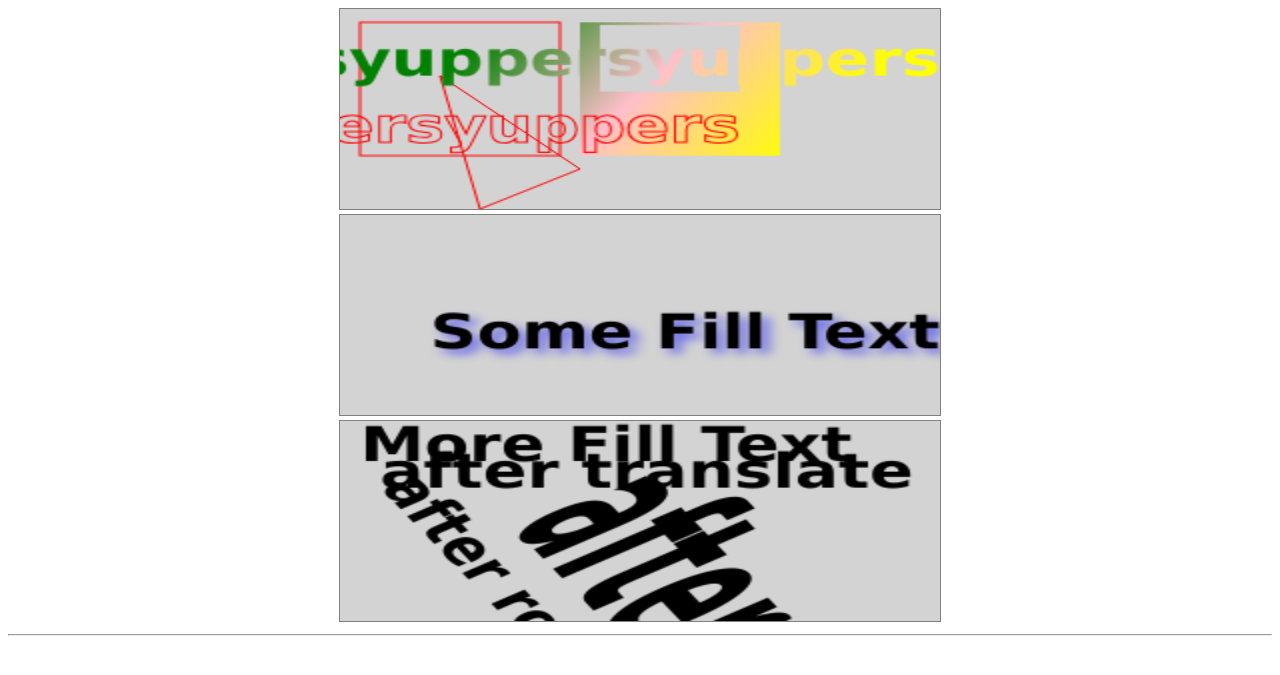
Repository: jksfoTemp/HTML5
Page: default.12.html
The author's editor kept a record of every edit. The page is drawn from the files as they stood at one moment, then again after the next edit.
The browser window is 1280 px wide. The pictures show the whole page.

Above is the page before.
Console error: TypeError: Cannot read properties of null (reading 'getContext')

After the next edit:
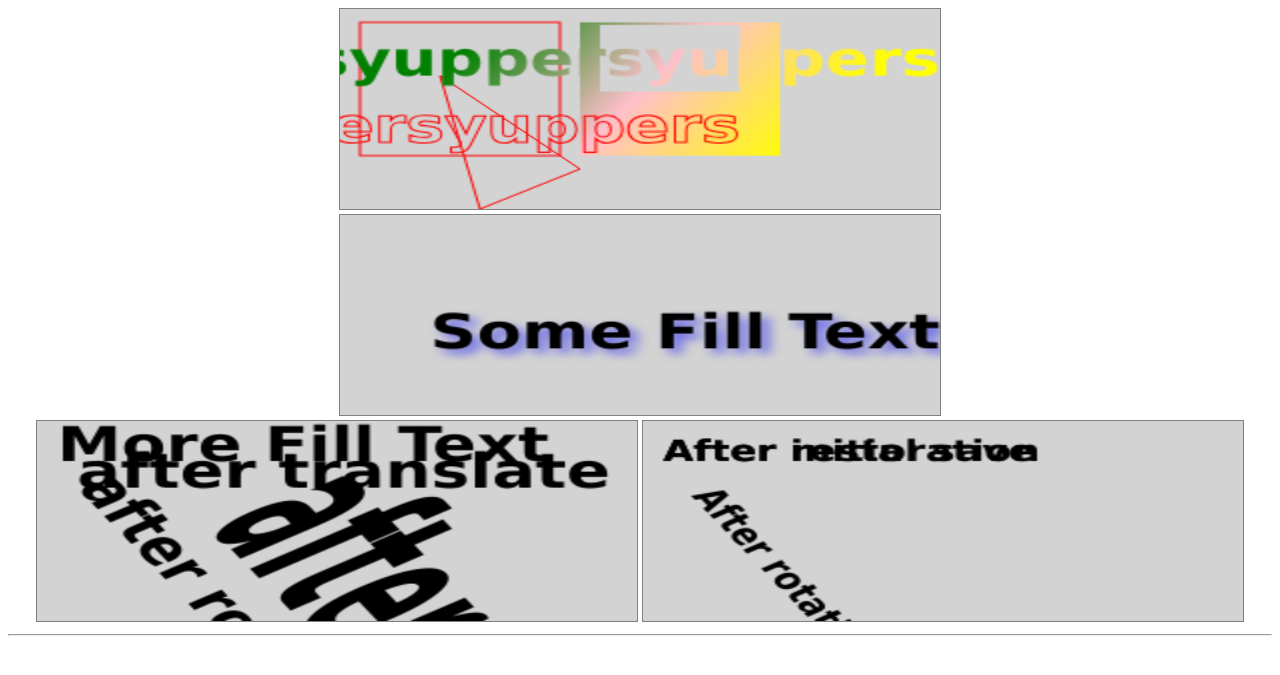
The error is gone.
The edit:
--- a/default.12.html
+++ b/default.12.html
@@ -25,6 +25,10 @@
                 Hopefully you don't see this but if you do
                 please use <a href = "https://www.google.com/intl/en-US/chrome/browser/">Google Chrome </a>
             </canvas>
+            <canvas id="canvas4" >
+                Hopefully you don't see this but if you do
+                please use <a href = "https://www.google.com/intl/en-US/chrome/browser/">Google Chrome </a>
+            </canvas>
         </section>
         <hr />
     </div>
